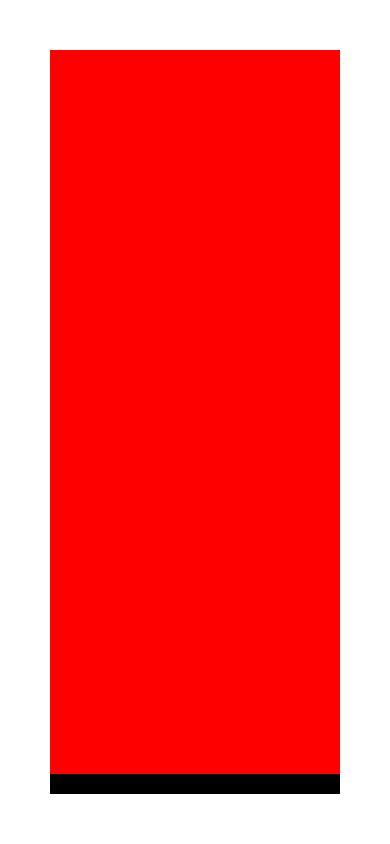
Repository: akinmiday/ReactNativeApp
Screen: /
These files come from the project's save history. The screen is drawn as it stood at one moment and after the next save; the edit follows.
The app was drawn by React Native's web renderer in a window 390 px wide. The project was rebuilt for these pictures with package versions that can differ from the ones it lists, and the page was loaded fresh each time.

Above is the screen before, as saved 2023-08-06 16:05:47.

### App.js
import { View, Text } from "react-native";
import styles from "./styles";
import { useState } from "react";

export default function App() {
  const { container } = styles;

  return (
    <View style={container}>
      <Text></Text>
    </View>
  );
}

### styles.js
import { StyleSheet } from "react-native";

const styles = StyleSheet.create({
  container: {
    backgroundColor: "red",
    flex: 1,
    padding: 20,
    margin: 50,
    borderBottomWidth: 20,
  },
  input: {
    backgroundColor: "pink",
    marginTop: 20,
    padding: 20,
    marginTop: 20,
    marginBottom: 20,
  },
  text: {
    color: "red",
    fontSize: 20,
    fontFamily: "Arial",
    fontStyle: "italic",
    fontWeight: "normal",
    letterSpacing: 1,
    textAlign: "auto",
    textDecorationLine: "underline",
    textDecorationColor: "green",
    textTransform: "lowercase",
  },
  button: {
    backgroundColor: "yellow",
    padding: 15,
    alignItems: "center",
    width: "50%",
    alignSelf: "center",
    borderWidth: 5,
    borderColor: "green",
    marginTop: 20,
  },
  item: {
    backgroundColor: "yellow",
    padding: 20,
    marginVertical: 5,
  },
  header: {
    fontSize: 15,
  },
  title: {
    fontSize: 10,
  },
});

export default styles;

After the next save:
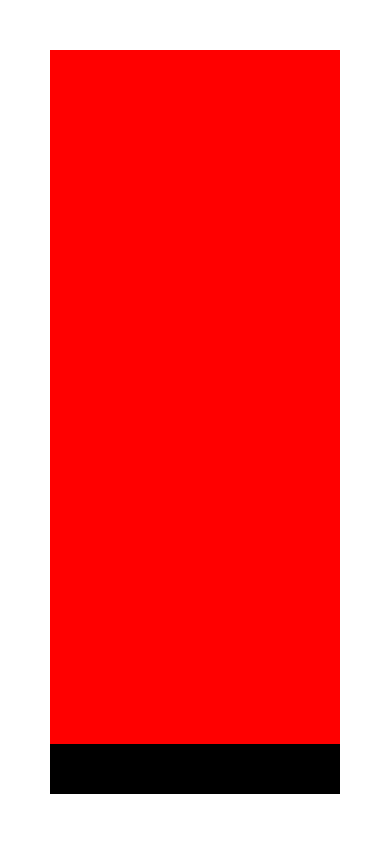
Saved 8 s later.
--- a/styles.js
+++ b/styles.js
@@ -6,7 +6,7 @@ const styles = StyleSheet.create({
     flex: 1,
     padding: 20,
     margin: 50,
-    borderBottomWidth: 20,
+    borderBottomWidth: 50,
   },
   input: {
     backgroundColor: "pink",
